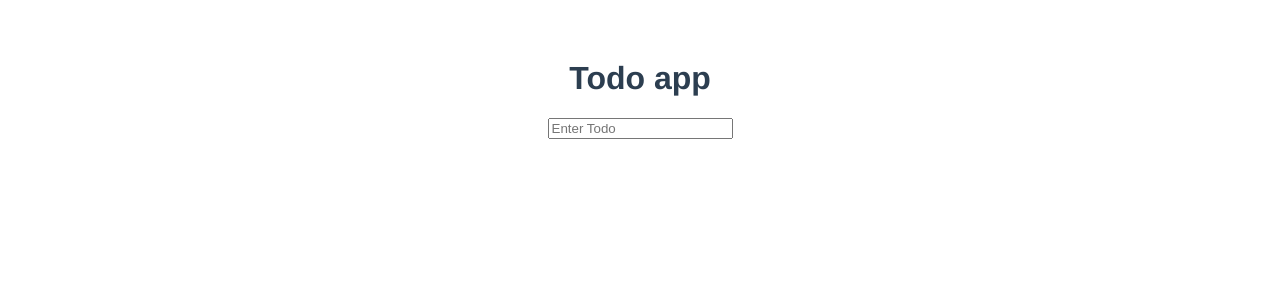
Repository: fgitpush/todoVue
Page: /
The author's editor kept a copy of each file at every save. The page is drawn from the files as they stood at one save, then again after the next save.
The browser window is 1280 px wide. The pictures show the whole page.
The project was rebuilt for these pictures with package versions that can differ from the ones it lists, and the page was loaded fresh each time.

Above is the page before, as saved 2019-12-27 23:08:11.

### src/App.vue
<template>
  <div id="app">
    <HelloWorld msg="Todo app"/>
  </div>
</template>

<script>
import HelloWorld from './components/HelloWorld.vue'

export default {
  name: 'app',
  components: {
    HelloWorld
  }
}
</script>

<style>
#app {
  font-family: 'Avenir', Helvetica, Arial, sans-serif;
  -webkit-font-smoothing: antialiased;
  -moz-osx-font-smoothing: grayscale;
  text-align: center;
  color: #2c3e50;
  margin-top: 60px;
}
</style>

### src/components/HelloWorld.vue
<template>
  <div class="hello">
    <h1>{{ msg }}</h1>
    <input v-model="something" @keydown.enter="submitTodo" type="text" placeholder="Enter Todo">
    <ul>
      <table>
      <li v-for="(item, i) in todos" :key="i" style="display:block">
        <tr>
            <td><span id="item">{{ item.todo }}</span></td>
            <td><span id="item">{{ i+1 }}</span></td>
        </tr>
      </li>
      </table>
    </ul>
  </div>
</template>

<script>
export default {
  name: 'HelloWorld',
  data: function () {
    return {
      something:"",
      todos: []
    }
  },
  props: {
    msg: String,
  },
  methods:{
    init(){
      this.loadTodo()
    },
    submitTodo()
    {
      localStorage.setItem(this.something, this.something)
      this.todos.push({ todo: this.something})
      this.something = ''
    },
    loadTodo()
    {
      for (var i = 0; i < localStorage.length; i++){
         this.todos.push({ todo: localStorage.getItem(localStorage.key(i))})
         //this.todos.push({ id: i});
      }
    }
  },
   mounted(){
    this.init()
  }
}
</script>

<style scoped>
h3 {
  margin: 40px 0 0;
}
ul {
  list-style-type: none;
  padding: 0;
}
li {
  display: inline-block;
  margin: 0 10px;
}
a {
  color: #42b983;
}
</style>

Loaded but not shown: public/index.html (common file); src/main.js (common file)

After the next save:
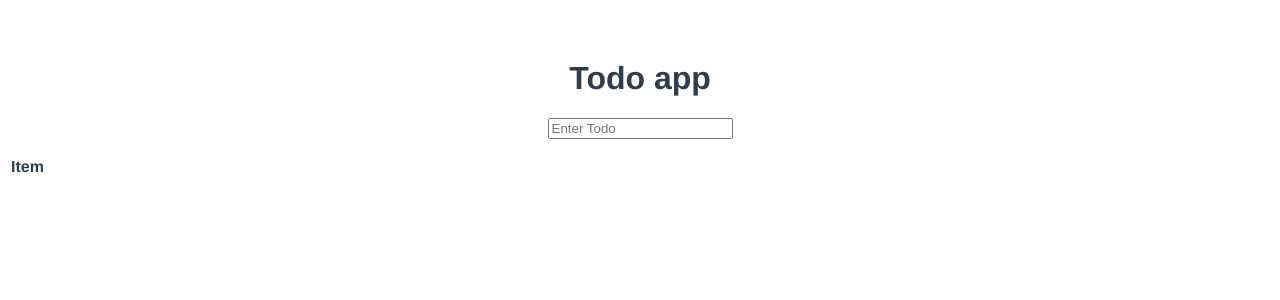
Saved 30 s later.
--- a/src/components/HelloWorld.vue
+++ b/src/components/HelloWorld.vue
@@ -4,6 +4,10 @@
     <input v-model="something" @keydown.enter="submitTodo" type="text" placeholder="Enter Todo">
     <ul>
       <table>
+      <tr>
+        <th>Item</th>
+        <th></th>
+      </tr>
       <li v-for="(item, i) in todos" :key="i" style="display:block">
         <tr>
             <td><span id="item">{{ item.todo }}</span></td>
